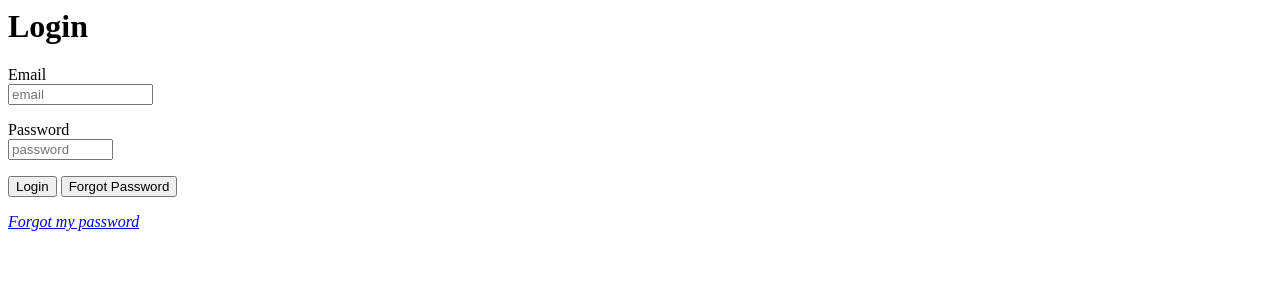
Repository: WillLiang918/Portfolio
Page: http://localhost/Task_Manager/login.jsp
These files come from the project's save history. The page is drawn as it stood at one moment and after the next save; the edit follows.
The browser window is 1280 px wide. The pictures show the whole page.
The page is served by Tomcat 9. Other server files are loaded and not shown.

Above is the page before, as saved 2015-07-22 19:34:00.

### Task_Manager/WebContent/login.jsp
<html>
<head>
<title>Login</title>
</head>

<body>
<h1>Login</h1>
<form action="UserLoginServlet" method="GET">
	<p>Email<br>
	<input type="text" name="email" placeholder="email" size="15" maxlength="20"/></p>
	<p>Password<br>
	<input type="password" name="password" placeholder="password" size="10" maxlength="20"/></p>
	<p>
		<input type="submit" name="submit" value="Login"/>
		<input type="submit" name="submit" value="Forgot Password">
		<a href="ForgotPassword.jsp" title="AJAX!"><p><i>Forgot my password</i></p></a>
	</p>

</form>
</body>
</html>

After the next save:
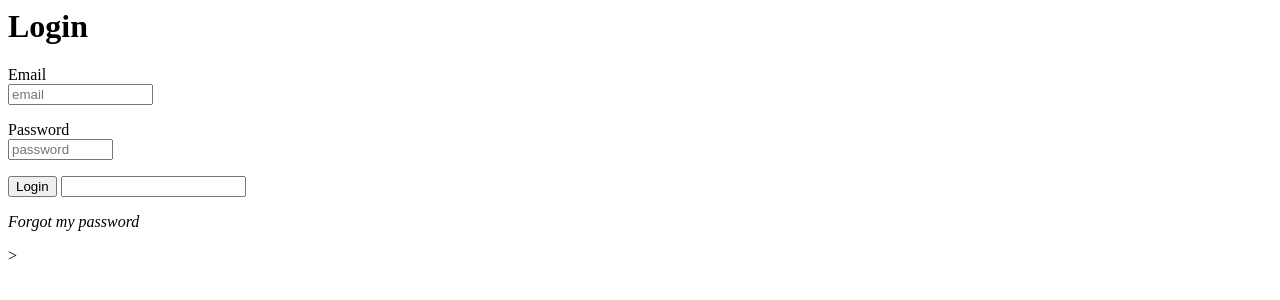
Saved 14 min 1 s later.
--- a/Task_Manager/WebContent/login.jsp
+++ b/Task_Manager/WebContent/login.jsp
@@ -12,8 +12,7 @@
 	<input type="password" name="password" placeholder="password" size="10" maxlength="20"/></p>
 	<p>
 		<input type="submit" name="submit" value="Login"/>
-		<input type="submit" name="submit" value="Forgot Password">
-		<a href="ForgotPassword.jsp" title="AJAX!"><p><i>Forgot my password</i></p></a>
+		<input <a href="ForgotPassword.jsp" title="AJAX!"><p><i>Forgot my password</i></p></a>>
 	</p>
 
 </form>
